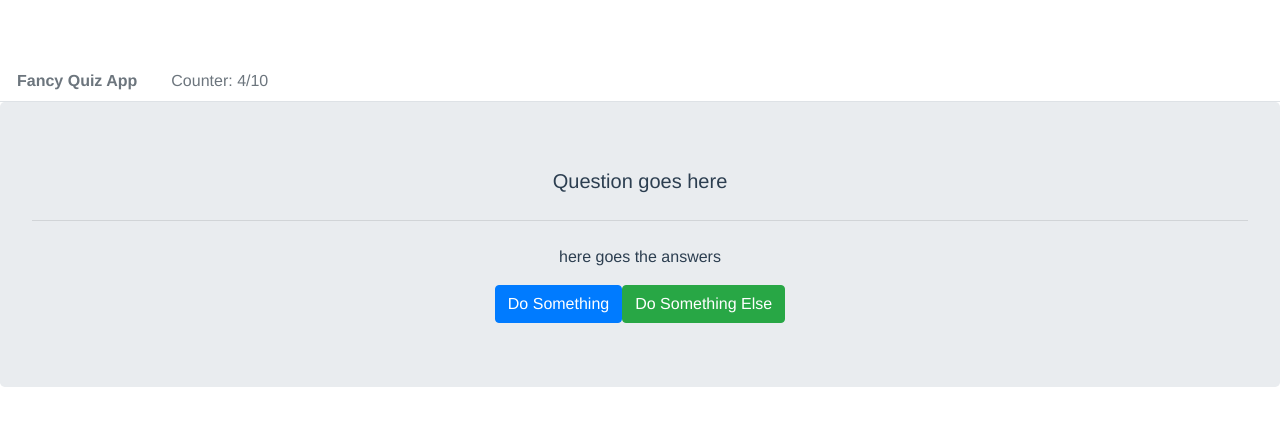
Repository: cacm96/Quiz
Page: /
An editor plug-in stored every save of this project. The page is shown before and after the next save, followed by the edit.
The browser window is 1280 px wide. The pictures show the whole page.
The project was rebuilt for these pictures with package versions that can differ from the ones it lists, and the page was loaded fresh each time.

Above is the page before, as saved 2021-04-26 10:44:35.

After the next save:
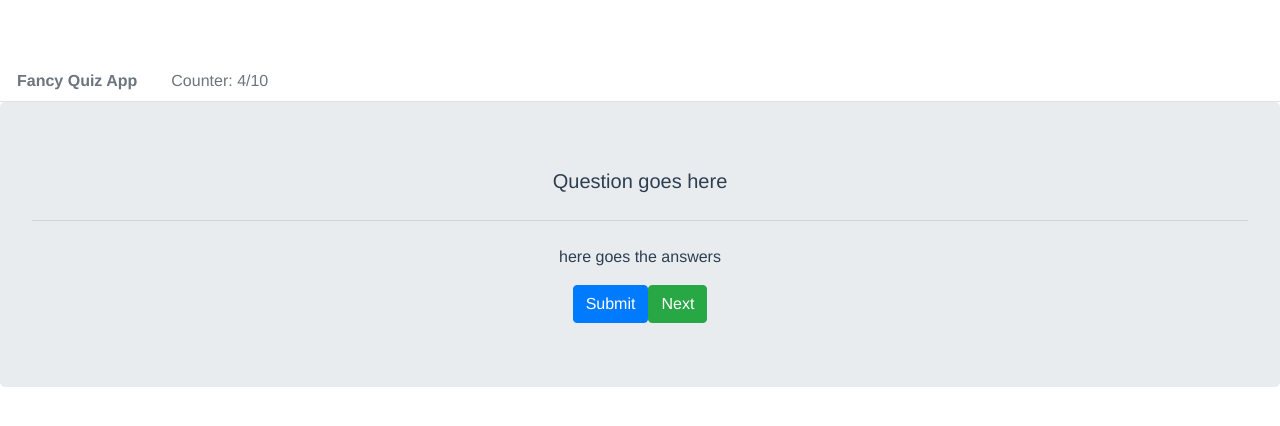
Saved 29 s later.
--- a/src/components/QuestionBox.vue
+++ b/src/components/QuestionBox.vue
@@ -11,8 +11,8 @@
         here goes the answers
       </p>
 
-      <b-button variant="primary" href="#">Do Something</b-button>
-      <b-button variant="success" href="#">Do Something Else</b-button>
+      <b-button variant="primary" href="#">Submit</b-button>
+      <b-button variant="success" href="#">Next</b-button>
     </b-jumbotron>
   </div>
 </template>
